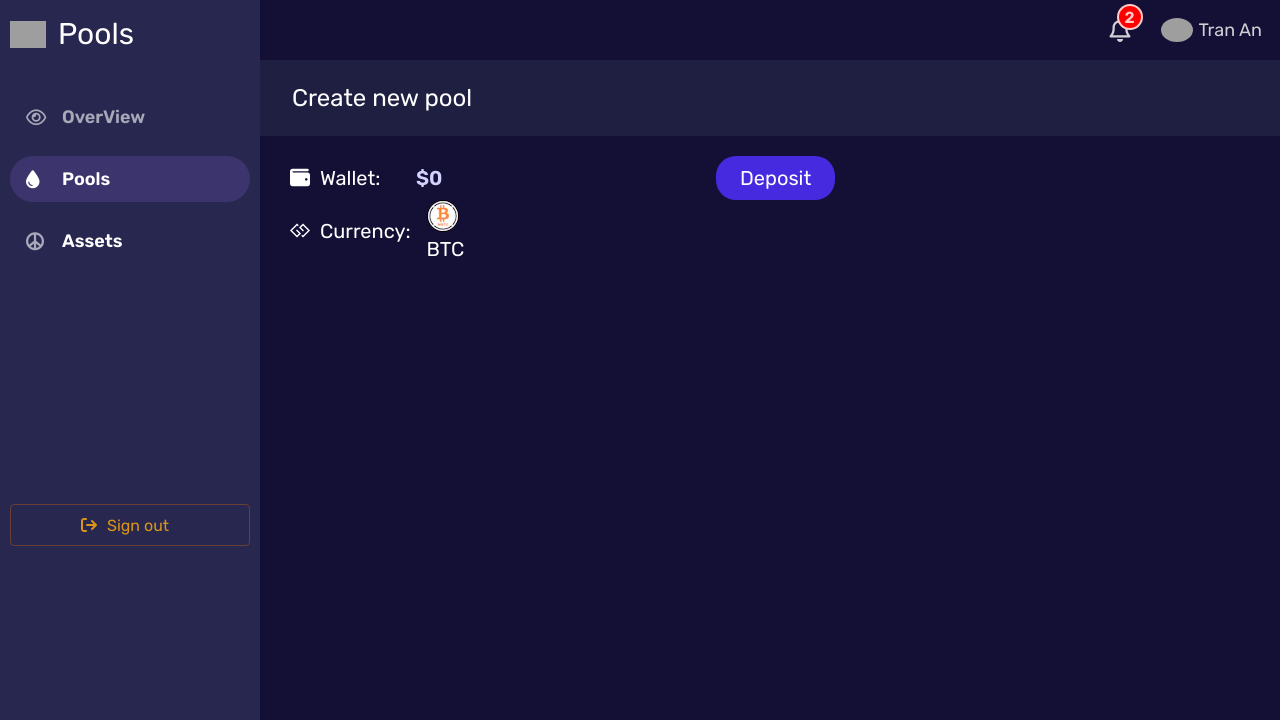
Repository: quynh232000/pools
Page: pool/create-pool.html
These files come from the project's save history. The page is drawn as it stood at one moment and after the next save; the edit follows.
The browser window is 1280 px wide. The pictures show the whole page.
Pictures or frames that could not be fetched are drawn as grey boxes.

Above is the page before, as saved 2023-07-14 00:32:26.

After the next save:
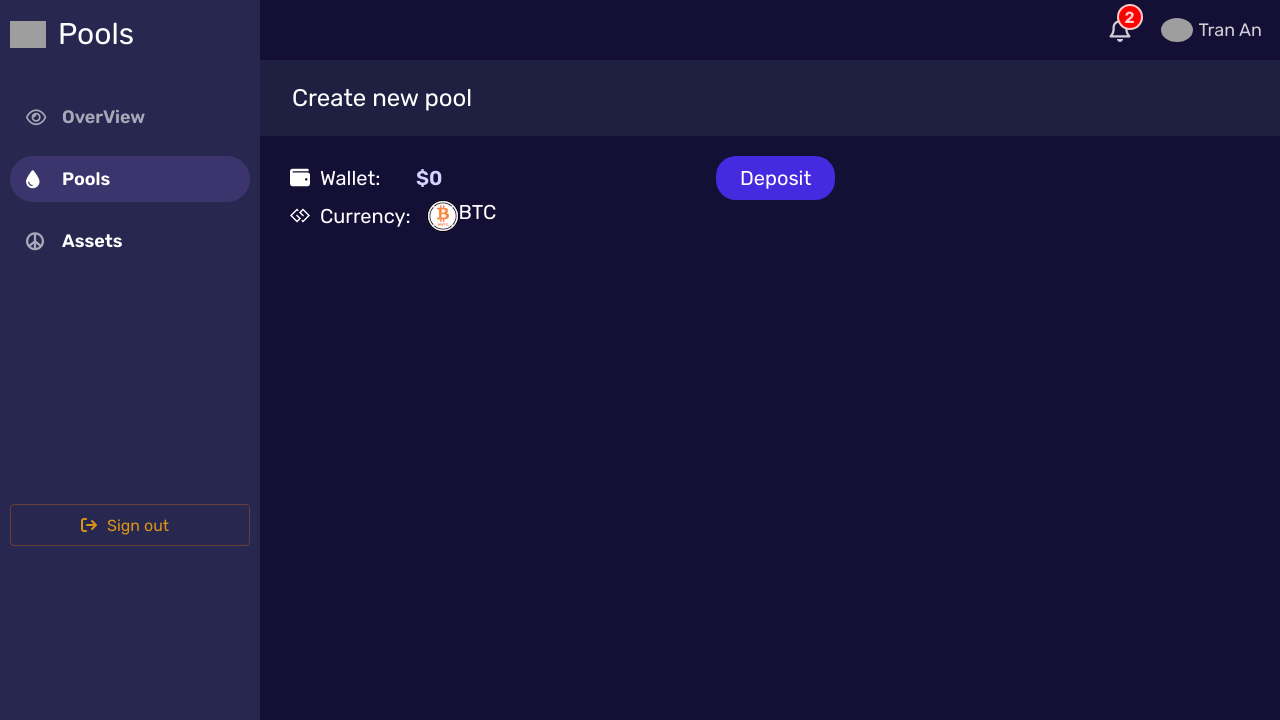
Saved 19 s later.
--- a/src/css/create-pool.css
+++ b/src/css/create-pool.css
@@ -35,3 +35,6 @@
 .create-select-type-money{
     position: relative;
 }
+.type-money-item{
+    display: flex;
+}
